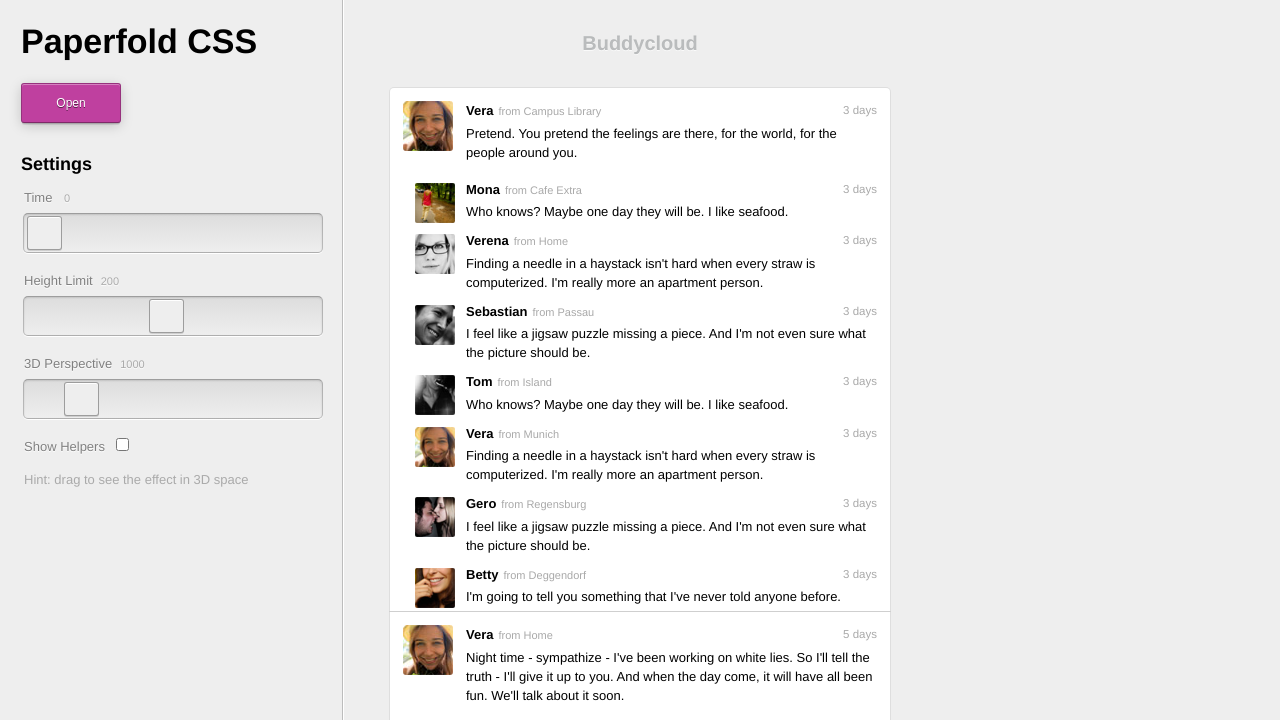
Repository: enj/SASProject
Page: fold.html
The author's editor kept a record of every edit. The page is drawn from the files as they stood at one moment, then again after the next edit.
The browser window is 1280 px wide. The pictures show the whole page.
An inner scrolling area shows only its first screen.

Above is the page before.

### fold.html
<!DOCTYPE html>
<html lang="en">
<!--
      Copyright (c) 2011 Felix Niklas
      This script is freely distributable under the terms of the MIT license.
-->
<head>
  <meta charset="utf-8" />
  <title>Paperfold CSS</title>
  <link href="css/style.css" rel="stylesheet" />
  <link href="css/buddycloud.css" rel="stylesheet" />
  <link href="css/paperfold.css" rel="stylesheet" />
  <script type="text/javascript" src="js/modernizr.custom.71147.js"></script>
  <script type="text/javascript" src="js/prefixfree.min.js"></script>
</head>
<body>
  <div id="controls">
    <h1>Paperfold CSS</h1>
    <button id="go" class="highlighted">Open</button>
    <h2>Settings</h2>
    <div>
      <label for="time" class="hasOutput">Time <span id="showTime">0</span></label>
      <input id="time" type="range" min="0" max="100" step="1" value="0" />
    </div>
    <div>
      <label for="foldHeight" class="hasOutput">Height Limit<span id="showFoldHeight">200</span></label>
      <input id="foldHeight" type="range" min="20" max="400" step="1" value="200" />
    </div>
    <div>
      <label for="perspective" class="hasOutput">3D Perspective<span id="showPerspective">1000</span></label>
      <input id="perspective" type="range" min="500" max="4000" step="1" value="1000" />
    </div>
    <div>
      <label for="showHelpers">Show Helpers</label>
      <input type="checkbox" id="showHelpers" />
    </div>
    <div>
      <p>Hint: drag to see the effect in 3D space</p>
    </div>
  </div>
  <div class="playground">
    <div class="box buddycloud">
      <h1>Buddycloud</h1>
      <div class="stream">
        <article class="topic">
          <section class="opener">
            <div class="avatar user2"></div>
            <div class="postmeta">
              <span class="time">3 days</span>
            </div>
            <span class="name">Vera</span><span class="location">from Campus Library</span>
            <p>Pretend. You pretend the feelings are there, for the world, for the people around you.</p>
          </section>
          <div class="hidden">
            <section class="comment">
              <div class="avatar user6"></div>
              <div class="postmeta">
                <span class="time">3 days</span>
              </div>
              <span class="name">Mona</span><span class="location">from Cafe Extra</span>
              <p>Who knows? Maybe one day they will be. I like seafood.</p>
            </section>
            <section class="comment">
              <div class="avatar user7"></div>
              <div class="postmeta">
                <span class="time">3 days</span>
              </div>
              <span class="name">Verena</span><span class="location">from Home</span>
              <p>Finding a needle in a haystack isn't hard when every straw is computerized. I'm really more an apartment person.</p>
            </section>
            <section class="comment">
              <div class="avatar user12"></div>
              <div class="postmeta">
                <span class="time">3 days</span>
              </div>
              <span class="name">Sebastian</span><span class="location">from Passau</span>
              <p>I feel like a jigsaw puzzle missing a piece. And I'm not even sure what the picture should be.</p>
            </section>
            <section class="comment">
              <div class="avatar user3"></div>
              <div class="postmeta">
                <span class="time">3 days</span>
              </div>
              <span class="name">Tom</span><span class="location">from Island</span>
              <p>Who knows? Maybe one day they will be. I like seafood.</p>
            </section>
            <section class="comment">
              <div class="avatar user2"></div>
              <div class="postmeta">
                <span class="time">3 days</span>
              </div>
              <span class="name">Vera</span><span class="location">from Munich</span>
              <p>Finding a needle in a haystack isn't hard when every straw is computerized. I'm really more an apartment person.</p>
            </section>
          <section class="comment">
            <div class="avatar user5"></div>
            <div class="postmeta">
              <span class="time">3 days</span>
            </div>
            <span class="name">Gero</span><span class="location">from Regensburg</span>
            <p>I feel like a jigsaw puzzle missing a piece. And I'm not even sure what the picture should be.</p>
          </section>
          <section class="comment">
            <div class="avatar user11"></div>
            <div class="postmeta">
              <span class="time">3 days</span>
            </div>
            <span class="name">Betty</span><span class="location">from Deggendorf</span>
            <p>I'm going to tell you something that I've never told anyone before.</p>
          </section>
          </div><!-- /hidden -->
          <!--<section class="seeMore">
            <span>See <span>5</span> More Posts</span>
          </section>
          <!--<section class="answer">
            <div class="avatar user1"></div>
            <textarea placeholder="post a comment..."></textarea>
            <div class="controls">
              <div class="button small prominent">Post</div>
            </div>
          </section>-->
        </article>
        <article class="topic">
          <section class="opener">
            <div class="avatar user2"></div>
            <div class="postmeta">
              <span class="time" title="5:06pm 06.06.2011">5 days</span>
            </div>
            <span class="name">Vera</span><span class="location">from Home</span>
            <p>
              Night time - sympathize - I've been working on white lies.
              So I'll tell the truth - I'll give it up to you.
              And when the day come, it will have all been fun. We'll talk about it soon.
            </p>
          </section>
          <section class="answer">
            <div class="avatar user1"></div>
            <textarea placeholder="post a comment..."></textarea>
            <div class="controls">
              <div class="button small prominent">Post</div>
            </div>
          </section>
        </article>
      </div>
    </div>
  </div>
<script type="text/javascript" src="js/jquery-1.7.1.min.js"></script>
<script type="text/javascript" src="js/html5slider.js"></script>
<script type="text/javascript" src="js/paperfold.js"></script>
<script type="text/javascript" src="js/ui.js"></script>
</body>
</html>

### css/style.css
html {
    height: 100%;
}
body {
    width: 100%;
    height: 100%;
    font: 12px/15px "Helvetica Neue", sans-serif;
    background: #eee;
    margin: 0;
    perspective: 1000px;
    transform-style: preserve-3d;
    overflow: hidden;
}

h1 {
    margin: 13px 0 34px;
    font-size: 34px;
}

h2 { margin: 34px 0 13px; }

#controls {
    left: 0;
    top: 0;
    width: 300px;
    bottom: 0;
    padding: 21px;
    border-right: 1px solid rgba(0,0,0,.21);
    box-shadow: 1px 0 white;
    position: absolute;
}
    #controls div {
        margin: 13px 0;
        color: gray;
        font-size: 13px;
    }
    p {
        margin: 0 3px;
        color: #aaa;
    }
    label {
        padding: 5px 3px;
        font-weight: normal;
        text-shadow: 0 1px 1px white;
        display: block;
    }
        label[for="showHelpers"] { display: inline-block; }
        .hasOutput {
            position: relative;
        }
            .hasOutput span {
                margin-left: 8px;
                font-size: 11px;
                color: #aaa;
            }
    input[type=range] {
        height: 40px;
        width: 300px;
        padding: 3px;
        appearance: none;
        vertical-align: bottom;
        background: linear-gradient(#ddd, #eee);
        border-radius: 5px;
        border: 1px solid rgba(0,0,0,.21);
        border-top-color: rgba(0,0,0,.34);
        box-shadow: 0 1px white, 0 1px 2px rgba(0,0,0,.13) inset;
        box-sizing: border-box;
    }
    label {
        position: relative;
    }
    #time123 {
        border: none;
        border-radius: 0;
        box-shadow: none;
        background: none;
        position: relative;
        background: url(../img/time.png);
    }
        #time123:before {
            top: 0;
            content: "";
            width: 300px;
            height: 26px;
            border-top: 13px solid #eee;
            border-bottom: 13px solid #eee;
            border-right: 300px solid rgba(0,0,0,.13);
            border-radius: 0 2px 2px 0;
            box-sizing: border-box;
            position: absolute;
        }
    input::-webkit-slider-thumb {
        appearance: none;
        width: 35px;
        height: 34px;
        background: #eee;
        border-radius: 3px;
        border: 1px solid rgba(0,0,0,.34);
        box-shadow: 0 1px white inset, 0 1px rgba(0,0,0,.13);
    }

.playground {
    top: 0;
    right: 0;
    bottom: 0;
    left: 0;
    position: absolute;
    transform-style: preserve-3d;
}

.box {
    width: 502px;
    margin: 0 auto;
    position: relative;
}

.box > h1 {
    font-size: 20px;
    color: rgba(124, 128, 130, 0.5);
    text-shadow: 0 1px rgba(255,255,255,.67);
}

.letter > h1 {
    color: rgba(124, 128, 130, 0.9);
    text-shadow: 0 1px rgba(255,255,255,.21);
}

.button,button {
    height: 26px;
    padding: 0 15px;
    font-size: 12px;
    line-height: 26px;
    color: white;
    text-shadow: 0 1px rgba(0,0,0,0.55);
    background-color: hsl(315,50%,50%);
    border: 1px solid rgba(0,0,0,0.21);
    border-bottom-color: rgba(0,0,0,0.34);
    border-radius: 3px;
    box-shadow:
        0 1px 0 rgba(255,255,255,0.34) inset,
        0 2px 0 -1px rgba(0,0,0,0.13),
        0 3px 0 -1px rgba(0,0,0,0.08),
        0 3px 13px -1px rgba(0,0,0,0.21);
    display: inline-block;
    position: relative;
    cursor: pointer;
}
.button:hover,button:hover {
    background: linear-gradient(top, hsl(315,60%,55%), hsl(315,40%,50%));
}
.button:active,button:active {
    top: 1px;
    background: linear-gradient(top, hsl(315,50%,30%), hsl(315,50%,50%));
    border-color: rgba(0,0,0,0.34) rgba(0,0,0,0.21) rgba(0,0,0,0.21);
    box-shadow: 0 1px 0 rgba(255,255,255,0.89),0 1px rgba(0,0,0,0.05) inset;
    position: relative;
}

button.highlighted {
    height: 40px;
    width: 100px;
    display: block;
}

### css/buddycloud.css
.buddycloud {
    padding: 21px;
    font:13px/19px "Helvetica Neue", Helvetica, Arial, sans-serif;
    transform-style: preserve-3d;
}

.buddycloud h1 {
    text-align: center;
}

.buddycloud .stream {
    margin: 8px 0 21px;
    width: 502px;
    border-radius: 5px;
    position: relative;
    transform-style: preserve-3d;
}

.buddycloud article {
    position: relative;
    border-bottom: 1px solid rgba(0,0,0,0.13);
    transform-style: preserve-3d;
}

.buddycloud section {
    border-left: 1px solid rgba(0,0,0,0.13);
    border-right: 1px solid rgba(0,0,0,0.13);
}

.buddycloud article:first-child > section:first-child {
    border-radius: 5px 5px 0 0;
    border-top: 1px solid rgba(0,0,0,0.13);
}

.buddycloud article:last-child { border-bottom: none; }
.buddycloud article:last-child > section:last-child {
    border-radius: 0 0 5px 5px;
    border-bottom: 1px solid rgba(0,0,0,0.13);
    box-shadow: 0 2px 0 -1px white, 0 3px 0 -1px rgba(0,0,0,0.08);
}

.button.small,button.small{height:20px;line-height:20px;padding:0 10px;font-size:11px;line-height:20px;border-radius:3px;-moz-border-radius:3px;-ms-border-radius:3px;-o-border-radius:3px;border-radius:3px}
.button.callToAction,button.callToAction{color:#fff;text-shadow:0 1px rgba(0,0,0,0.13);border-color:rgba(0,0,0,0.34);border-bottom-color:rgba(0,0,0,0.55);background:#83ac35;box-shadow:0 1px 0 rgba(255,255,255,0.55) inset,0 1px rgba(0,0,0,0.05);-moz-box-shadow:0 1px 0 rgba(255,255,255,0.55) inset,0 1px rgba(0,0,0,0.05);-ms-box-shadow:0 1px 0 rgba(255,255,255,0.55) inset,0 1px rgba(0,0,0,0.05);-o-box-shadow:0 1px 0 rgba(255,255,255,0.55) inset,0 1px rgba(0,0,0,0.05);box-shadow:0 1px 0 rgba(255,255,255,0.55) inset,0 1px rgba(0,0,0,0.05);}
.button.callToAction:hover,button.callToAction:hover{background:lighter(#83ac35,13%)}
.button.prominent,button.prominent{color:#fff;text-shadow:0 1px rgba(0,0,0,0.13);border-color:rgba(0,0,0,0.34);border-bottom-color:rgba(0,0,0,0.55);background:rgba(0,0,0,0.89);box-shadow:0 1px rgba(255,255,255,0.21) inset,0 1px rgba(0,0,0,0.05);-moz-box-shadow:0 1px rgba(255,255,255,0.21) inset,0 1px rgba(0,0,0,0.05);-ms-box-shadow:0 1px rgba(255,255,255,0.21) inset,0 1px rgba(0,0,0,0.05);-o-box-shadow:0 1px rgba(255,255,255,0.21) inset,0 1px rgba(0,0,0,0.05);box-shadow:0 1px rgba(255,255,255,0.21) inset,0 1px rgba(0,0,0,0.05);}
.button.prominent:hover,button.prominent:hover{background:#000}
.button.danger,button.danger{color:#fff;text-shadow:0 1px #600;background:#f00;}
.button.danger:hover,button.danger:hover{background:#f00}
.button.translucid,button.translucid,.button.translucid:hover,button.translucid:hover{background:none}
.button.checkbox,button.checkbox{padding-left:2px}
.buddycloud .controls{bottom:13px;right:13px;font-size:11px;position:absolute;}
.buddycloud .controls .button{margin-left:3px}
.buddycloud .postmeta{float:right;margin:0 0 0 13px;text-align:right;}
.buddycloud .postmeta nav{visibility:hidden}
.buddycloud .postmeta span{color:rgba(0,0,0,0.50);font-size:11.5px;line-height:19.5px;}
.buddycloud .postmeta span.time{display:block;color:rgba(0,0,0,0.34)}
.buddycloud .name{color: black; font-weight: bold; overflow:hidden;white-space:nowrap;text-overflow:ellipsis;}
.buddycloud .name + .location{margin-left:5px;font-size:11px;line-height:19.5px;color:rgba(0,0,0,0.34)}
.buddycloud .opener:hover nav,.buddycloud .comment:hover nav{ visibility: visible; }
.buddycloud p { margin: 2px 0 0; color: black; }
.buddycloud .answer{position:relative;overflow:hidden;}
.buddycloud .answer textarea{margin-top:13px;padding:4px 5px 2px;height:28px;width:100%;font:12px/18px sans-serif;color:#808080;border:1px solid rgba(0,0,0,0.21);box-shadow:1px 1px #fff,inset 1px 1px rgba(0,0,0,0.05);-moz-box-shadow:1px 1px #fff,inset 1px 1px rgba(0,0,0,0.05);-ms-box-shadow:1px 1px #fff,inset 1px 1px rgba(0,0,0,0.05);-o-box-shadow:1px 1px #fff,inset 1px 1px rgba(0,0,0,0.05);box-shadow:1px 1px #fff,inset 1px 1px rgba(0,0,0,0.05);position:relative;resize:none; box-sizing: border-box;}
.buddycloud .answer .avatar{ background-size: 40px 40px; background-repeat: no-repeat; height:40px; width:40px;left:23px;top:13px;display:none}
.buddycloud .answer .controls{bottom:13px; display:none}
.buddycloud .answer.write .avatar{display:block}
.buddycloud .answer.write textarea{margin-bottom:34px;height:40px;color:#000;resize:vertical}
.buddycloud .answer.write .controls{display:block}
.buddycloud .postcontent{white-space:pre-wrap;word-wrap:break-word}
.buddycloud .controls{bottom:13px;right:13px;font-size:11px;position:absolute;}
.buddycloud .controls .button{margin-left:3px}
.buddycloud .controls .postError{margin-left:5px;color:#f00;display:inline-block}
.buddycloud .message{min-height:14px;padding-left:66px;color:rgba(0,0,0,0.55);cursor:pointer;}
.buddycloud .message.new{background-color:rgba(0,0,0,0.08)}
.buddycloud .message.selected{color:#517312;background:#abe245;}
.buddycloud .message.selected .location,.buddycloud .message.selected .time{color:rgba(81,115,18,0.55)}
.buddycloud .message:last-child{box-shadow:none;-moz-box-shadow:none;-ms-box-shadow:none;-o-box-shadow:none;box-shadow:none}
.buddycloud .message .avatar{width:40px}
.buddycloud .message p{overflow:hidden;white-space:nowrap;text-overflow:ellipsis}

.buddycloud .opener{min-height:50px; padding: 13px 13px 13px 76px; }
.buddycloud .avatar{ left:14px; position: absolute; }

.buddycloud section {
    background-color: white;
}

.buddycloud .comment{min-height:40px;position:relative}
.buddycloud .comment, .buddycloud .answer{padding: 5px 13px 5px 76px;}
.buddycloud .answer { padding-top: 0; }
.buddycloud .answer:first-child{padding-left:50px;}
.buddycloud .answer:first-child.write .avatar{top:13px;left:-2px}
.buddycloud .answer:first-child textarea{margin-top:8px;width:399px}
.buddycloud .comment .avatar{
    background-size: 40px 40px;
    background-repeat: no-repeat;
    top: 8px;
    left: 25px;
    width: 40px;
    height: 40px;
    border-radius: 2px;
}

.avatar {
    width: 50px;
    height: 50px;
    border-radius: 3px;
}

.user1 { background-image: url(data:[embedded picture, 2867 characters]); }
.user2 { background-image: url(data:[embedded picture, 2179 characters]); }
.user3 { background-image: url(data:[embedded picture, 1455 characters]); }
.user5 { background-image: url(data:[embedded picture, 2799 characters]); }
.user6 { background-image: url(data:[embedded picture, 3423 characters]); }
.user7 { background-image: url(data:[embedded picture, 2363 characters]); }
.user11 { background-image: url(data:[embedded picture, 2859 characters]); }
.user12 { background-image: url(data:[embedded picture, 2187 characters]); }
.user13 { background-image: url(data:[embedded picture, 3067 characters]); }

### css/paperfold.css
.fold-hidden {
    /*overflow: hidden; important for big folds but bad for demo because it cuts of the depth in other perspectives */
    transform-style: preserve-3d;
}

/*
    every fold is holding two identical divs: top and bottom
    the children divs are positioned relative to it
    the slice grows from zero to 1/n of the elements height (n = number of slices)
*/

/*
    easing functions
    ================
    .
    kappa = 0.5522847498307936
    - half circle (low): cubic-bezier(0.552, 0.000, 1.000, 0.448)
    - half circle (top): cubic-bezier(0.000, 0.552, 0.448, 1.000)
    - ease cubic-bezier(0.250, 0.100, 0.250, 1.000)
    - inverse-ease cubic-bezier(0.750, 0.000, 0.750, 0.900)

    - self tested cubic-bezier(0.500, 0.200, 0.900, 0.820)
*/

.showHelpers .fold-hidden .fold {
    outline: 1px solid rgba(255, 0, 0, .13);
    background: rgba(255, 0, 0, .13);
}
.showHelpers .fold-hidden .fold .inner {
    outline: 1px solid rgba(0, 255, 0, .13);
    background: rgba(0, 255, 0, .13);
}
.showHelpers .fold-hidden .fold .top,
.showHelpers .fold-hidden .fold .bottom {
    overflow: visible;
}
.showHelpers .fold-hidden .fold .top:after,
.showHelpers .fold-hidden .fold .bottom:after {
    content: "";
    height: 100%;
    width: 100%;
    background-color: rgba(0,0,0,.34);
    position: absolute;
}

.fold-hidden .fold {
    height: 0;
    position: relative;
    transform-style: preserve-3d;
    perspective: 1000px;
}

.fold-hidden.ready .fold {
    transition: height 500ms linear;
}

/* reset the background color */
.fold-hidden .fold section { background: none; }
/*
    they are the two folds - top and bottom
*/
.fold-hidden .fold .top,
.fold-hidden .fold .bottom {
    width: 95%;
    transform-origin: top;
    transform: rotateX(-90deg);
    background-image: linear-gradient(top, rgba(255,255,255,0.5), rgba(255,255,255,0.55) 3%, rgba(255,255,255,0.5) 66%, rgba(255,255,255,0));
    background-color: #505455; /* hsl(192,6,33) */
    position: relative;
    overflow: hidden;
}

.fold-hidden.ready .fold .top,
.fold-hidden.ready .fold .bottom {
    /* closing transition */
    transition: transform 500ms cubic-bezier(0.000, 0.450, 1.000, 0.950), background-color 500ms ease-in;
}

.fold-hidden .fold .bottom {
    bottom: 0;
    position: absolute;
    background-image: linear-gradient(top, rgba(255,255,255,0), rgba(255,255,255,0.5) 34%, rgba(255,255,255,.95) 97%, rgba(255,255,255,1));
    transform-origin: bottom;
    transform: rotateX(90deg);
}

.fold-hidden.visible .fold .top,
.fold-hidden.visible .fold .bottom {
    transform: rotateX(0);
    background-color: white;
    /* opening transition */
    transition: transform 500ms cubic-bezier(0.000, 0.050, 1.000, 0.550), background-color 500ms ease-out;
}

/* inner holder for the content */
.fold-hidden .fold .inner {
    position: absolute;
}

.seeMore {
    padding: 0;
    height: 23px;
    width: 500px;
    color: gray;
    text-align: center;
    background: repeating-linear-gradient(
        white, #ecefef 5px, #ccc 5px, #ccc 6px
    );
    border: 1px solid rgba(0,0,0,0.13);
    border-bottom: none;
    box-shadow: 0 -1px rgba(0,0,0,.16) inset;
    overflow: hidden;
    cursor: pointer;
    transition: 500ms;
}
.visible + .seeMore {
    margin-bottom: -25px;
    border-top-color: white;
    border-bottom-color: white;
}

.seeMore > span {
    font-size: 11px;
    line-height: 29px;
    padding: 5px 8px;
    background: white;
    border-radius: 2px 2px 0 0;
    box-shadow: 0 1px 2px rgba(0,0,0,.75), 0 1px white;
}


.fold-hidden.ready, .fold-hidden.ready.visible,
.fold-hidden.ready .fold, .fold-hidden.ready.visible .fold,
.fold-hidden.ready .fold .top, .fold-hidden.ready .fold .bottom,
.fold-hidden.ready.visible .fold .top, .fold-hidden.ready.visible .fold .bottom,
.fold-hidden.ready .fold .inner,
.buddycloud .seeMore {
    transition-duration: 400ms;
}

.fold-hidden.no-transition, .fold-hidden.visible.no-transition,
.fold-hidden.no-transition .fold, .fold-hidden.visible.no-transition .fold,
.fold-hidden.no-transition .fold .top, .fold-hidden.no-transition .fold .bottom,
.fold-hidden.visible.no-transition .fold .top, .fold-hidden.visible.no-transition .fold .bottom,
.fold-hidden.no-transition .fold .inner,
.buddycloud .visible.no-transition + .seeMore {
    transition: none;
}

.playground {
    overflow: scroll;
}

Loaded but not shown: js/modernizr.custom.71147.js (library); js/prefixfree.min.js (library); js/jquery-1.7.1.min.js (library); js/html5slider.js (262 lines, source omitted); js/paperfold.js (142 lines, source omitted); js/ui.js (146 lines, source omitted)

After the next edit:
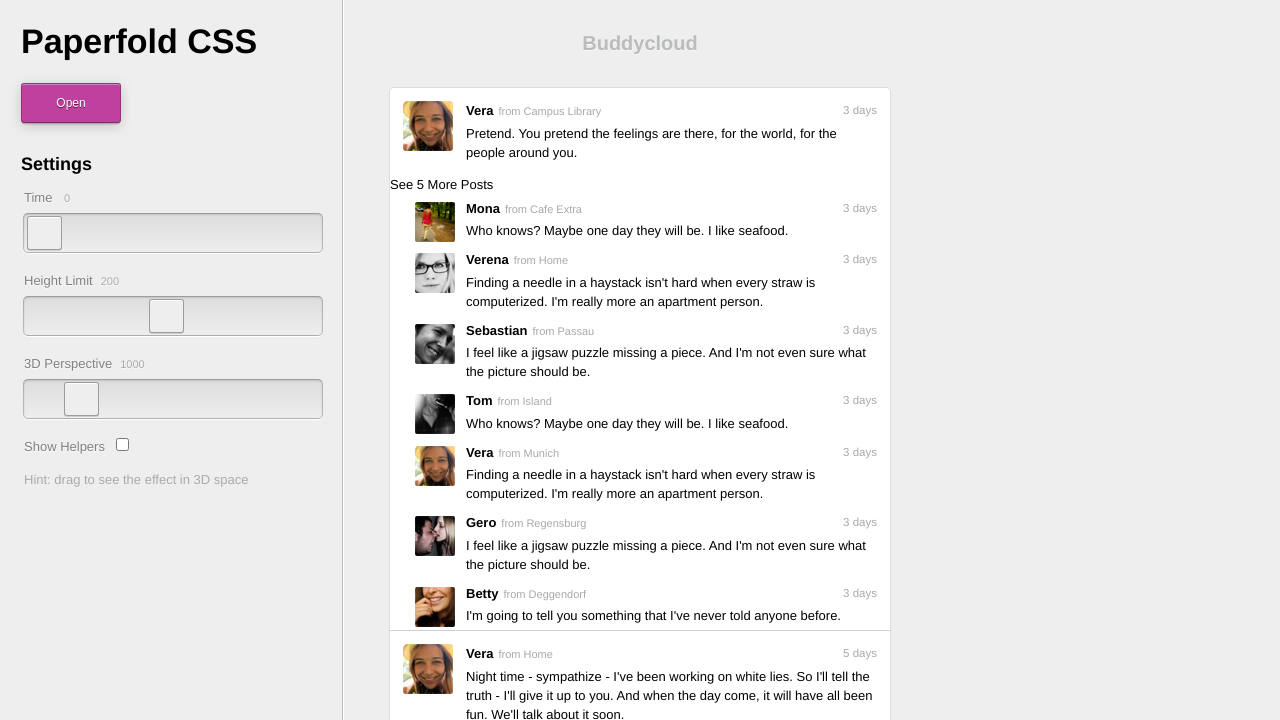
The edit:
--- a/fold.html
+++ b/fold.html
@@ -50,6 +50,9 @@
             </div>
             <span class="name">Vera</span><span class="location">from Campus Library</span>
             <p>Pretend. You pretend the feelings are there, for the world, for the people around you.</p>
+          </section>
+          <section class="seeThis">
+            <span>See <span>5</span> More Posts</span>
           </section>
           <div class="hidden">
             <section class="comment">
